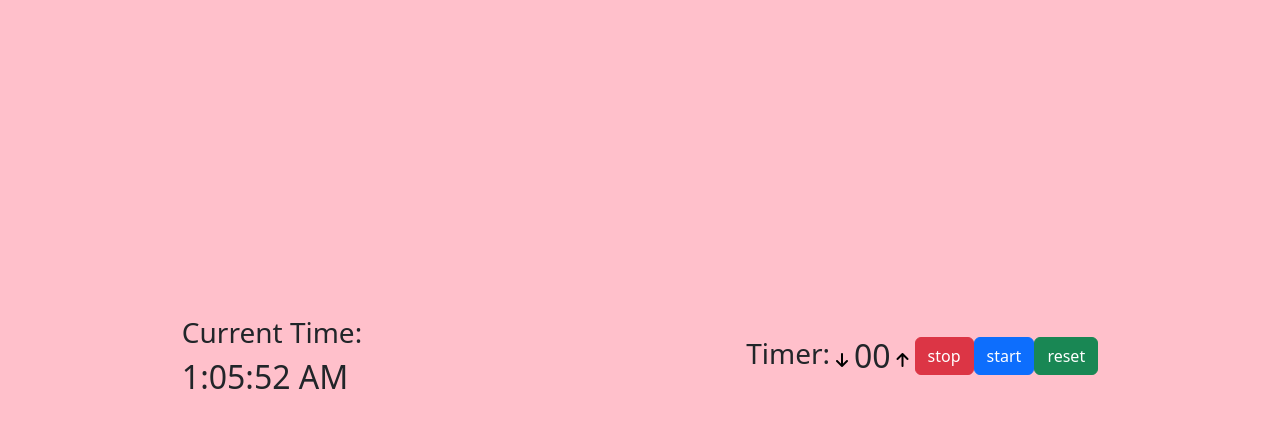
Repository: elqueben/hour-clock
Page: index.html
An editor plug-in stored every save of this project. The page is shown before and after the next save, followed by the edit.
The browser window is 1280 px wide. The pictures show the whole page.

Above is the page before, as saved 2023-02-22 12:29:12.

After the next save:
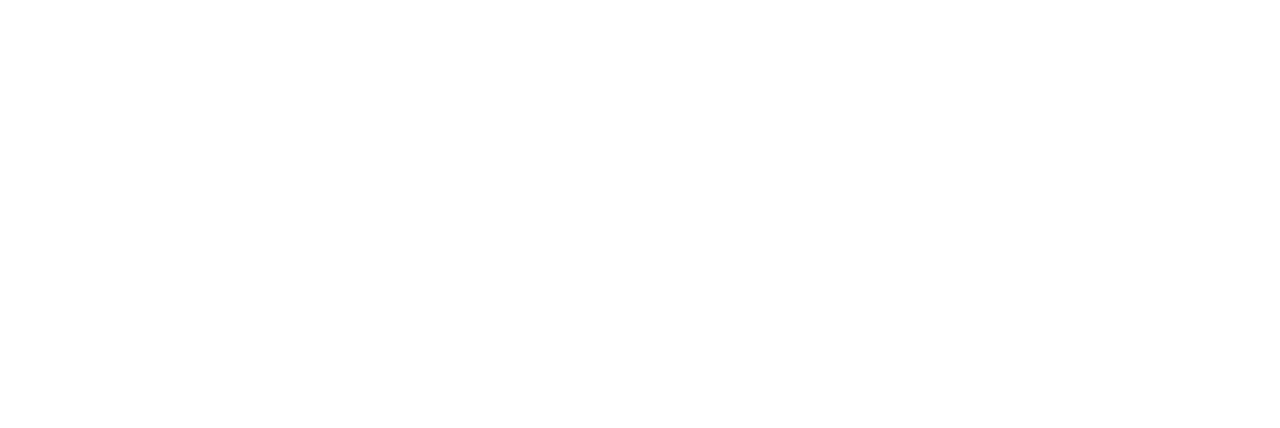
Console error (its wording comes from the project's code and is left out).
Saved 27 s later.
--- a/index.js
+++ b/index.js
@@ -7,7 +7,7 @@
 
     let increaseSecond = () => {
         let time = parseInt(second)
-        setSecond(time + 1)
+        while
     }
 
     let decreaseSecond = () => {

After the 6 saves that followed:
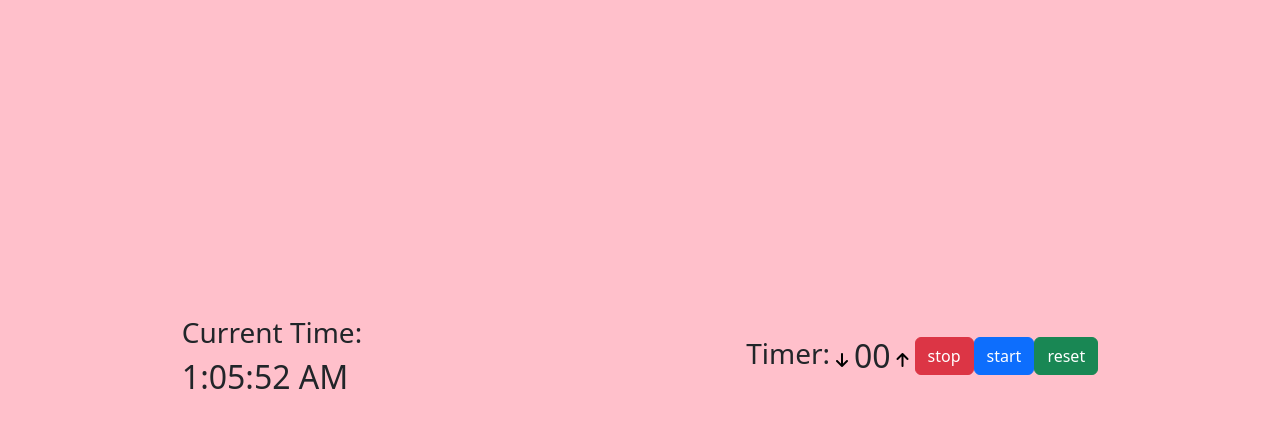
The error is gone.
The 6 saves are shown as one change because they came seconds apart.
The last was saved 14 s later.
--- a/index.js
+++ b/index.js
@@ -7,7 +7,9 @@
 
     let increaseSecond = () => {
         let time = parseInt(second)
-        while
+        while (time < 10) {
+            "0"
+        }
     }
 
     let decreaseSecond = () => {
